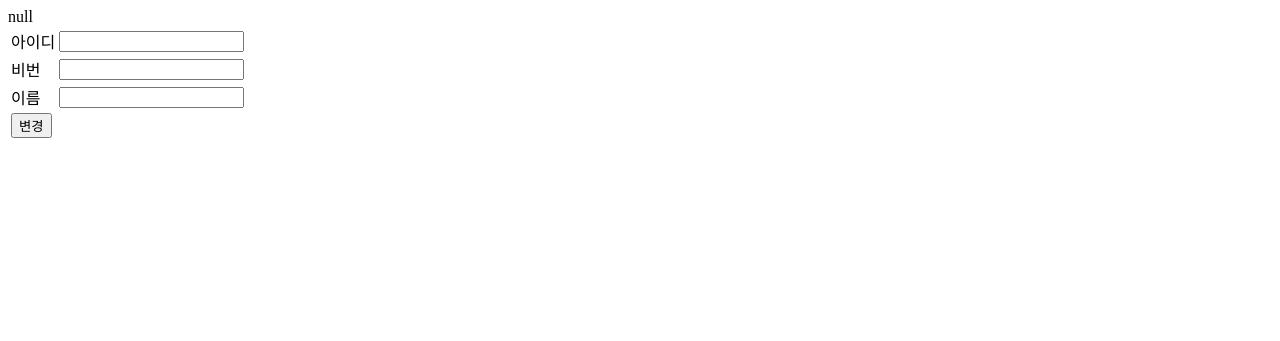
Repository: juntae710/acorn_web
Page: http://localhost/prj0828/택시/update_Form.jsp
An editor plug-in stored every save of this project. The page is shown before and after the next save, followed by the edit.
The browser window is 1280 px wide. The pictures show the whole page.
The page is served by Tomcat 9. Other server files are loaded and not shown. Queries for data that is not in the repository find no rows.

Above is the page before, as saved 2023-08-29 05:52:49.

### prj0828/src/main/webapp/택시/update_Form.jsp
<%@ page language="java" contentType="text/html; charset=UTF-8"
	pageEncoding="UTF-8"%>
<%@  page import="java.sql.*" %>
	<%
	String REGNO = request.getParameter("REGNO");
	out.println(REGNO);



    Connection con=null;
	Statement st = null;
	ResultSet rs = null;
	try{
		//데이터 베이스 연결정보
		String driver = "oracle.jdbc.driver.OracleDriver" ;
		String url="jdbc:oracle:thin:@localhost:1521:xe";
		String user="scott";
		String password="tiger";

		 //1. 오라클드라이버 로딩
		Class.forName(driver);
		 //2. 데이터베이스 연결
		con= DriverManager.getConnection(url, user, password);
		 //3. statement 얻어오기
		st = con.createStatement();
		 //4. 필요한 sql 작성
		String sql ="select * from tblcall_list where id= '"+ REGNO + "'";
		 //5. 최종적으로 실행
		rs = st.executeQuery( sql) ;
		 //6. 가져온 쿼리 결과를 화면에 출력하기
		if( rs.next() ) {
			//out.print(rs.getString(1)); // out은 브라우저에 출력을 의미함
			//out.print(rs.getString(2));
			//out.print(rs.getString(3) + "<br>");

		}
	}catch(Exception e){
		e.printStackTrace();
	}
	finally{ //자원의 반납
		if( rs!= null) rs.close();
		if( st != null) st.close();
		if( con != null) con.close();
	}
%>
<!DOCTYPE html>
<html>
<head>
<meta charset="UTF-8">
<title>Insert title here</title>
</head>
<body>

	<form name = "frm" action="update_action.jsp" method="post">
		<table>
			<tr>
				<td>아이디</td>
				<td><input type="text" readonly="readonly" name="userid"></td>
			</tr>
			<tr>
				<td>비번</td>
				<td><input type="text" name="userpw"></td>
			</tr>
			<tr>
				<td>이름</td>
				<td><input type="text" name="username"></td>
			</tr>
			<tr>
				<td><input type="submit" value="변경"></td>
			</tr>

		</table>

	</form>


</body>
</html>

After the next save:
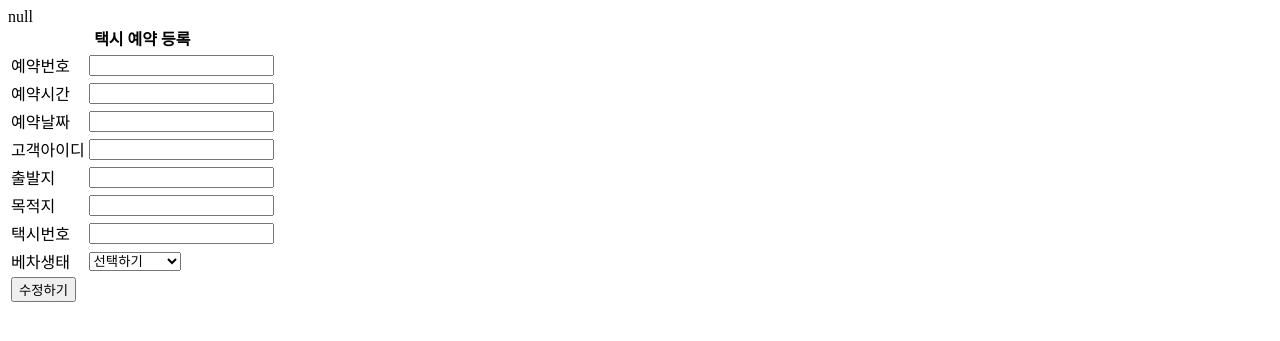
Saved 108 s later.
--- a/prj0828/src/main/webapp/택시/update_Form.jsp
+++ b/prj0828/src/main/webapp/택시/update_Form.jsp
@@ -50,28 +50,63 @@
 <title>Insert title here</title>
 </head>
 <body>
+<form name="frm" action="update_action.jsp" method="post" ">
+			<table>
+				<caption>
+					<strong>택시 예약 등록</strong>
+				</caption>
 
-	<form name = "frm" action="update_action.jsp" method="post">
-		<table>
-			<tr>
-				<td>아이디</td>
-				<td><input type="text" readonly="readonly" name="userid"></td>
-			</tr>
-			<tr>
-				<td>비번</td>
-				<td><input type="text" name="userpw"></td>
-			</tr>
-			<tr>
-				<td>이름</td>
-				<td><input type="text" name="username"></td>
-			</tr>
-			<tr>
-				<td><input type="submit" value="변경"></td>
-			</tr>
+				<tr>
+					<td>예약번호</td>
+					<td><input type="text" name="regno"></td>
+				</tr>
+				<tr>
+					<td>예약시간</td>
+					<td><input type="text" name="regtime"></td>
+				</tr>
+				<tr>
+					<td>예약날짜</td>
+					<td><input type="text" name="rddate"></td>
+				</tr>
+				<tr>
+					<td>고객아이디</td>
+					<td><input type="text" name="cusno"></td>
+				</tr>
+				<tr>
+					<td>출발지</td>
+					<td><input type="text" name="startpoint"></td>
+				</tr>
+				<tr>
+					<td>목적지</td>
+					<td><input type="text" name="destination"></td>
+				</tr>
+				<tr>
+					<td>택시번호</td>
+					<td><input type="text" name="taxino"></td>
+				</tr>
+				<tr>
+					<td>베차생태</td>
+					<td><select  name="state">
+							<option value = "선택하기">선택하기</option>
+							<option value = "P">[P] 배차완료</option>
+							<option value = "R">[R] 배차준비</option>
+							<option value = "X">[X] 배차미정</option>
+					</select></td>
+				</tr>
+				<tr>
 
-		</table>
+					<td colspan="2">
 
-	</form>
+						<button>수정하기</button>
+
+
+
+					</td>
+				</tr>
+
+			</table>
+		</form>
+
 
 
 </body>
